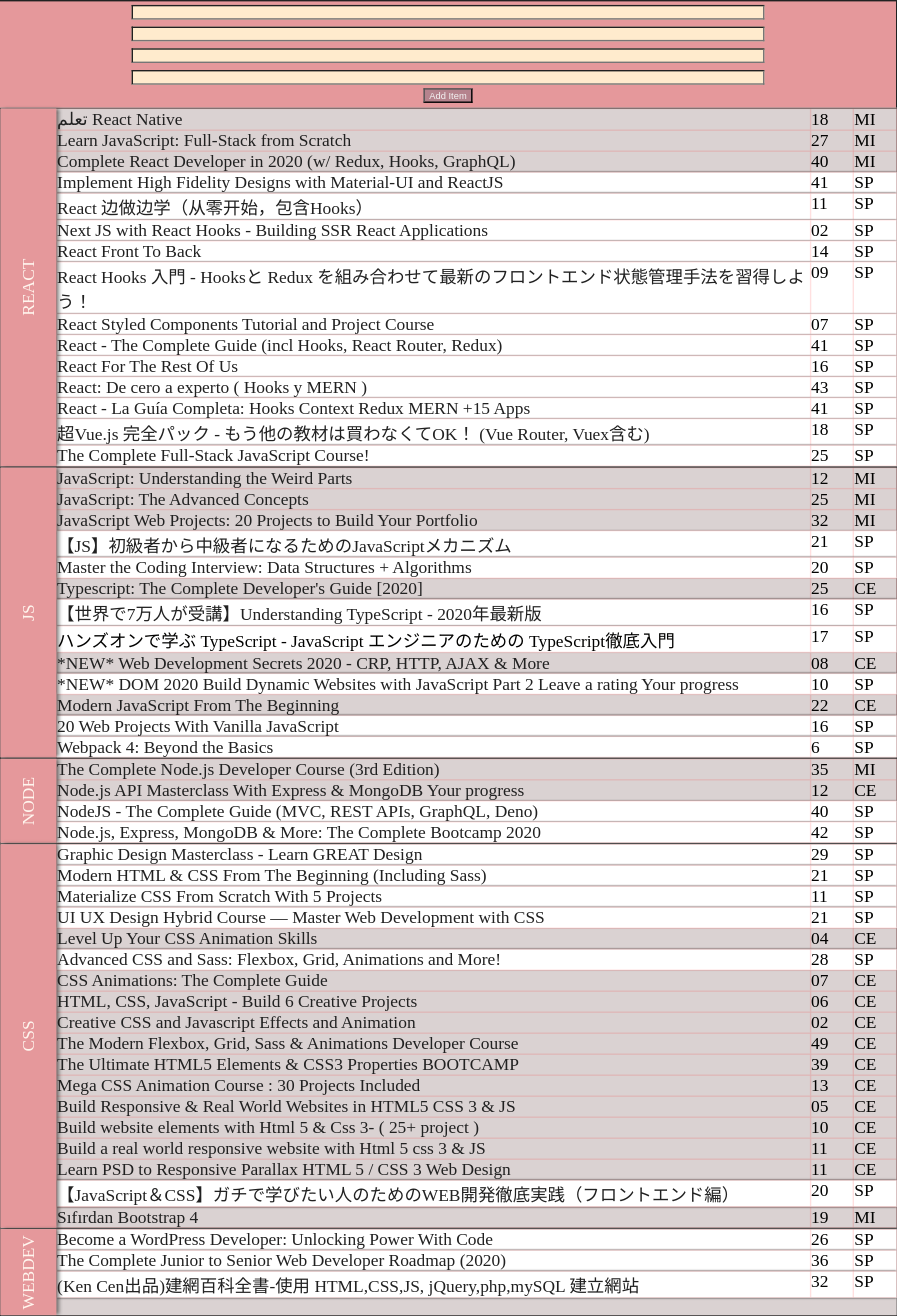
Repository: ClementLight/plan
Page: codicrs.html
The author's editor kept a copy of each file at every save. The page is drawn from the files as they stood at one save, then again after the next save.
The browser window is 1280 px wide. The page is 1282 px wide, so the pictures cover 1282 px, including what lies to the right of the window. The pictures show the whole page, at 70% of full size.

Above is the page before, as saved 2020-08-22 17:22:11.

After the next save:
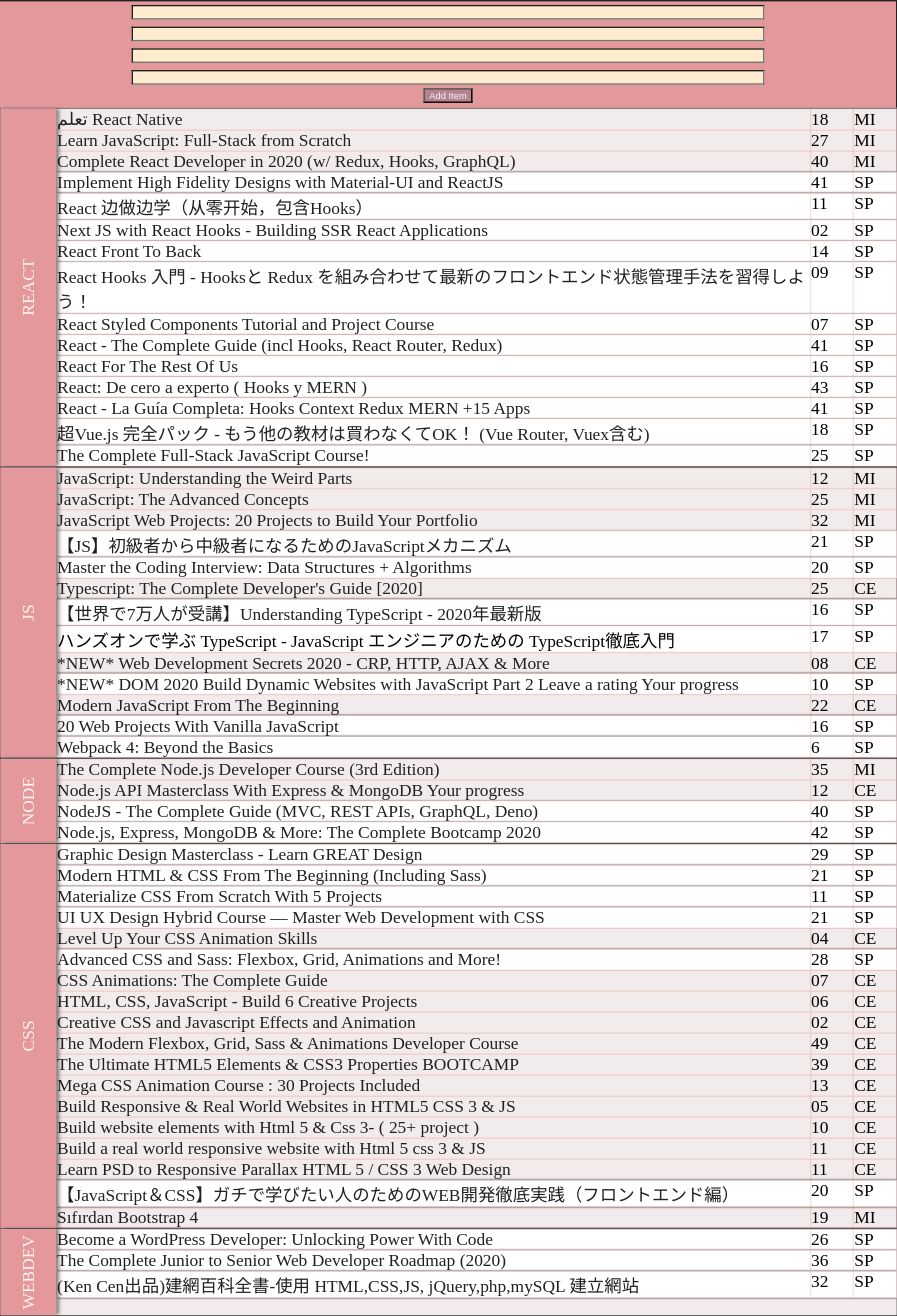
Saved 76 s later.
--- a/codicrs.html
+++ b/codicrs.html
@@ -23,7 +23,7 @@
         --denary-color: #fffffc;
 
         --main-interface-color: var(--primary-color);
-        --main-containers-color: rgb(218, 210, 210);
+        --main-containers-color: rgb(241, 235, 235);
         --browser-color: rgb(255, 255, 255);
 
         --lessons-color: var(--octonary-color);
